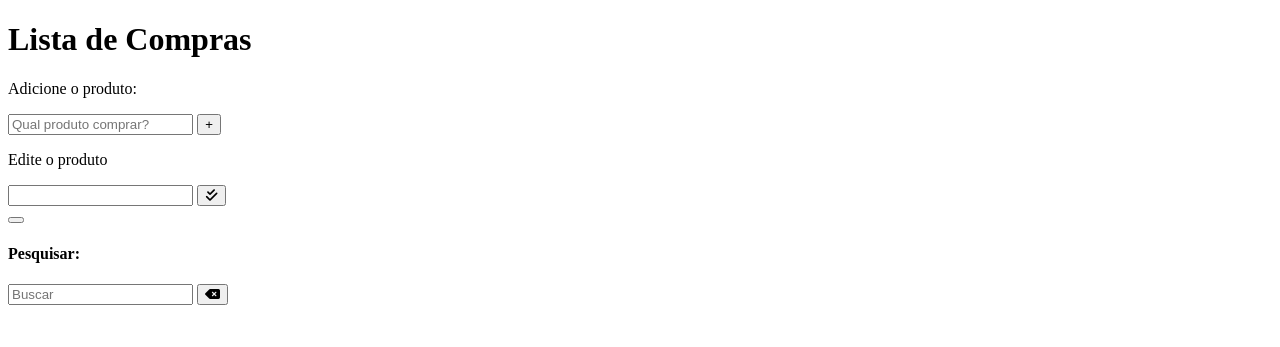
Repository: Dkrvalho/mercado
Page: index.html
These files come from the project's save history. The page is drawn as it stood at one moment and after the next save; the edit follows.
The browser window is 1280 px wide. The pictures show the whole page.

Above is the page before, as saved 2023-01-09 12:27:27.

### index.html
<!DOCTYPE html>
<html lang="en">
<head>
    <meta charset="UTF-8">
    <meta http-equiv="X-UA-Compatible" content="IE=edge">
    <meta name="viewport" content="width=device-width, initial-scale=1.0">
    <!-- CSS -->
    <link rel="stylesheet" href="css/style.css">
    <!-- Font Awesome -->
    <link rel="stylesheet" href="https://cdnjs.cloudflare.com/ajax/libs/font-awesome/6.2.1/css/all.min.css" integrity="sha512-MV7K8+y+gLIBoVD59lQIYicR65iaqukzvf/nwasF0nqhPay5w/9lJmVM2hMDcnK1OnMGCdVK+iQrJ7lzPJQd1w==" crossorigin="anonymous" referrerpolicy="no-referrer" />
    <!-- JS -->
    <script src="js/script.js" defer></script>
    <!-- defer faz com que o js seja carregado após o html -->
    <title>Lista de Compras</title>
</head>
    <main class="container">
        <header>
            <h1>Lista de Compras</h1>
        </header>
        <form id="form">
            <p>Adicione o produto:</p>
            <div class="form-control">
                <input type="text" id="todo-input" placeholder="Qual produto comprar?">
                <button type="submit">
                    <i class="fa-thin fa-plus"></i>
                </button>
            </div>
        </form>
        <form id="edit-form">
            <p>Edite o produto</p>
            <div id="form-control">
                <input type="text" id="edit-input">
                <button type="submit">
                    <i class="fa-solid fa-check-double"></i>
                </button>
            </div>
            <button id="cancel-edit-btn"></button>
        </form>
        <div id="tollbar">
            <div id="search">
                <h4>Pesquisar:</h4>
                <form>
                    <input type="text" id="search-input" placeholder="Buscar">
                    <button id="erase-btn">
                        <i class="fa-solid fa-delete-left"></i>
                    </button>
                </form>
            </div>
        </div>
    </main>
<body>

</body>
</html>

Loaded but not shown: css/style.css (no copy from this time; the picture is the same without it); js/script.js (no copy from this time; the picture is the same without it)

After the next save:
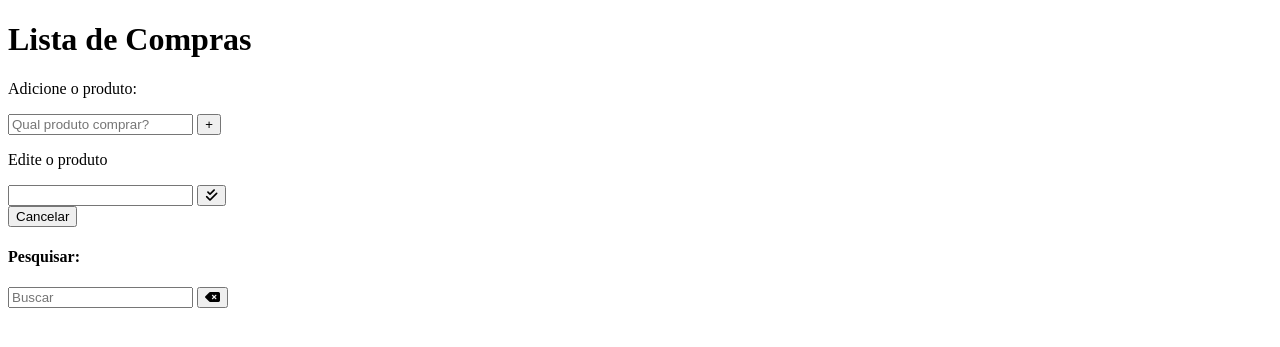
Saved 13 s later.
--- a/index.html
+++ b/index.html
@@ -34,7 +34,7 @@
                     <i class="fa-solid fa-check-double"></i>
                 </button>
             </div>
-            <button id="cancel-edit-btn"></button>
+            <button id="cancel-edit-btn">Cancelar</button>
         </form>
         <div id="tollbar">
             <div id="search">
